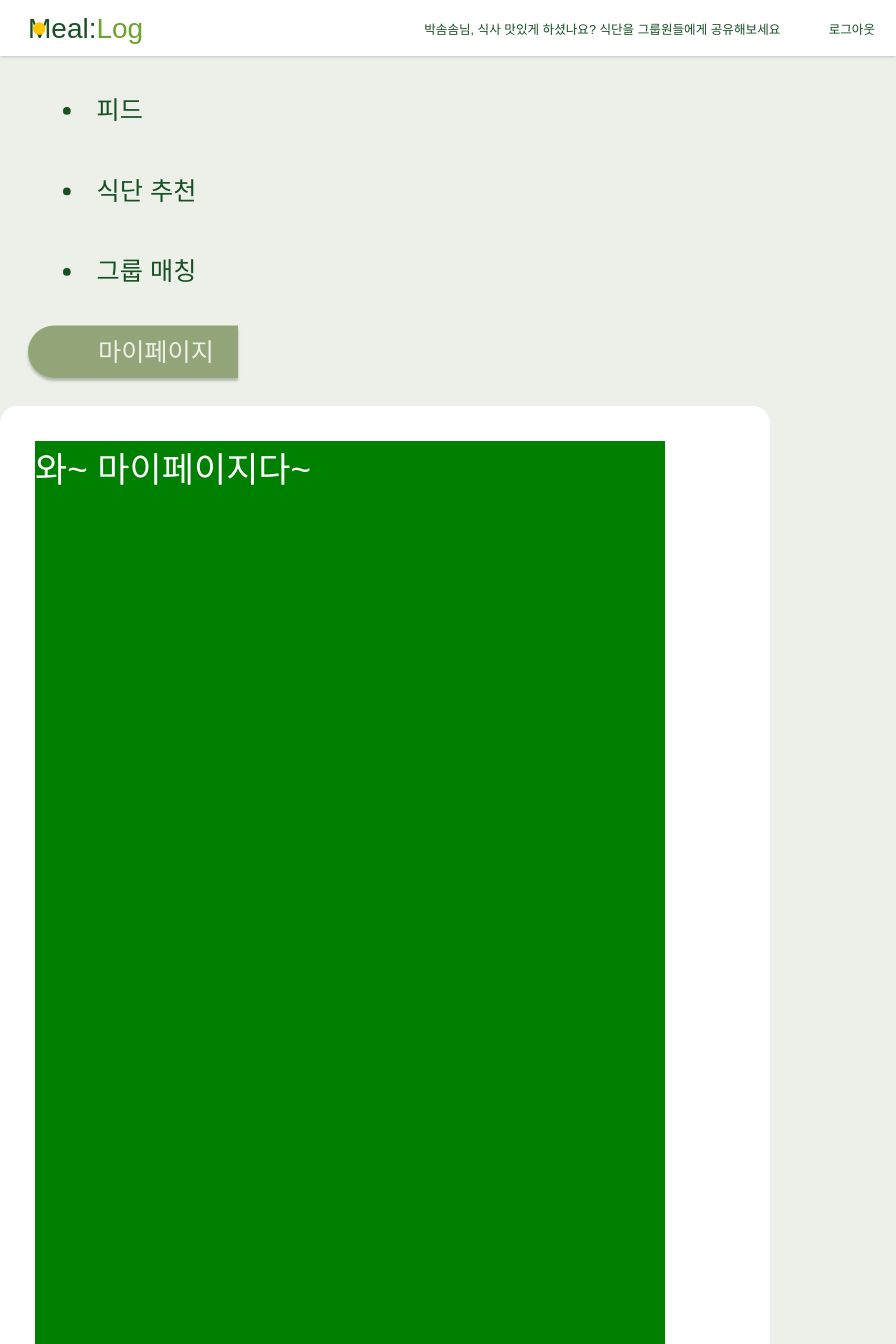
Repository: mealLog-databaseProgramming/MealLog
Page: http://localhost/meal-log/
The author's editor kept a copy of each file at every save. The page is drawn from the files as they stood at one save, then again after the next save.
The browser window is 1280 px wide. The pictures show the part of the page from y = 0 to 1920 px (the page is 2680 px tall before and 2600 px after), at 70% of full size.
Some icons come from a web library that is not loaded, so they are not drawn. Some web fonts or font styles are not loaded; a fallback is used. The page is served by Tomcat 9.

Above is the page before, as saved 2022-09-29 16:29:26.

After the next save:
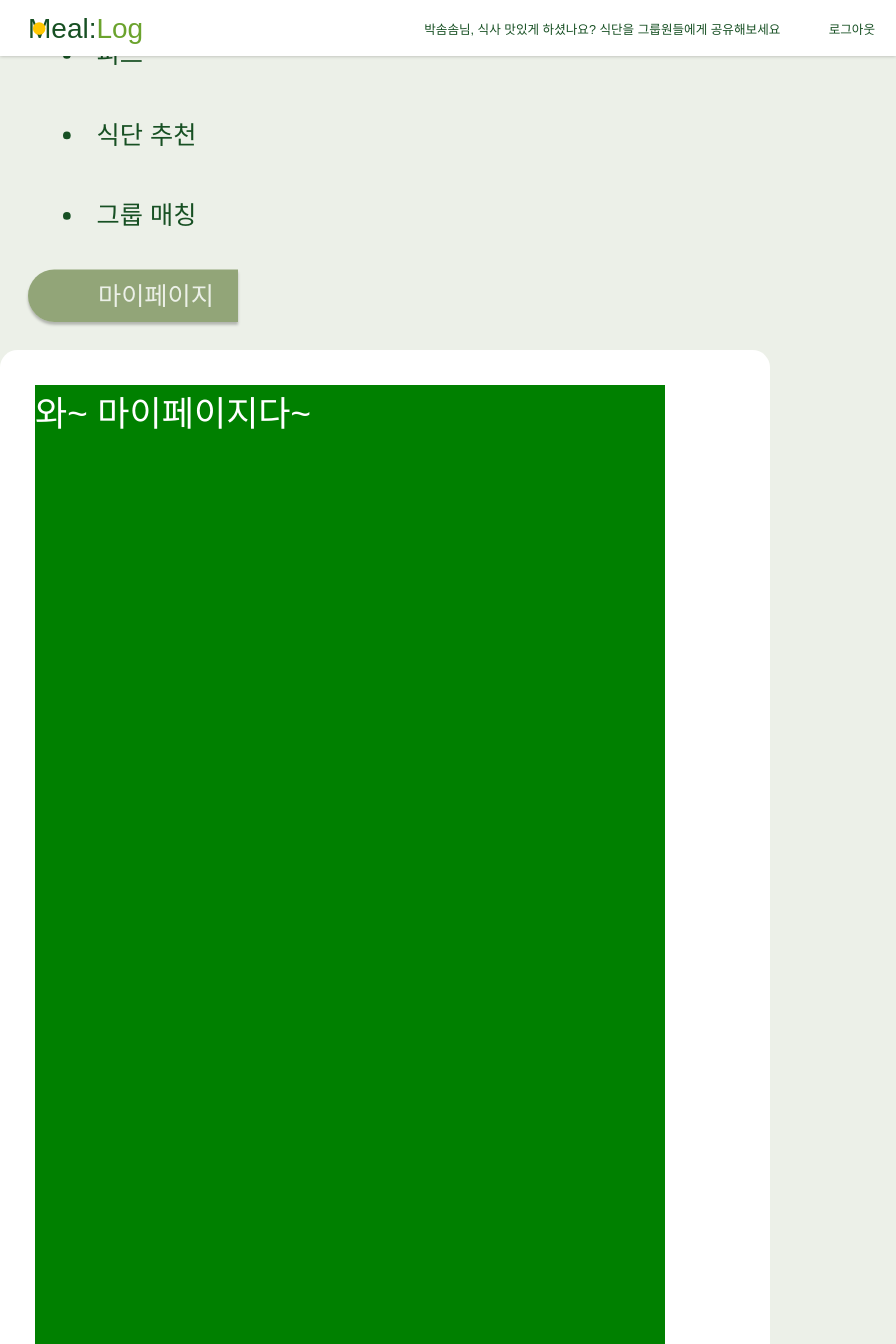
Saved 51 s later.
--- a/meal-log/src/main/webapp/resources/css/index.css
+++ b/meal-log/src/main/webapp/resources/css/index.css
@@ -34,7 +34,7 @@ body {
 
 	z-index: 10;
 
-	position: flxed;
+	position: fixed;
 }
 .Header>div, .Header .logout {
 	display: flex;
